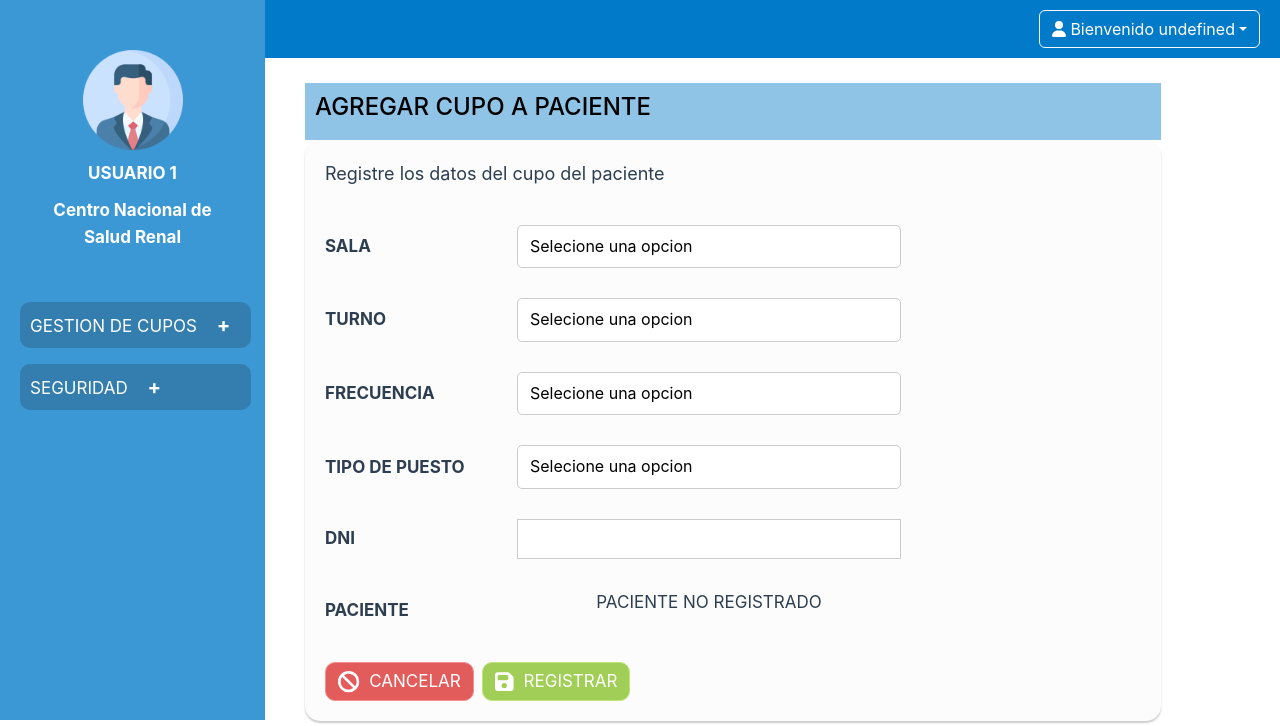
Repository: cynthiacevallos/organizadorhisar
Page: /gestion/cupos/add
An editor plug-in stored every save of this project. The page is shown before and after a run of saves, followed by the edit.
The browser window is 1280 px wide. The pictures show the whole page.
Some web libraries are served in a nearby version. The project was rebuilt for these pictures with package versions that can differ from the ones it lists, and the page was loaded fresh each time. Also part of the build but not shown: vite.config.js, vue.config.js.

Above is the page before, as saved 2023-09-06 09:34:21.

### index.html
<!DOCTYPE html>
<html lang="en">

<head>
  <meta charset="UTF-8">
  <link rel="icon" href="./src/assets/images/cnsr-logo.png">
  <meta name="viewport" content="width=device-width, initial-scale=1.0">
  <link href="https://cdn.jsdelivr.net/npm/bootstrap@5.3.1/dist/css/bootstrap.min.css" rel="stylesheet"
    integrity="sha384-4bw+/aepP/YC94hEpVNVgiZdgIC5+VKNBQNGCHeKRQN+PtmoHDEXuppvnDJzQIu9" crossorigin="anonymous">
  <title>HISAR</title>
</head>

<body>
  <div id="app"></div>
  <script type="module" src="/src/main.js"></script>


  <script src="https://code.jquery.com/jquery-3.2.1.slim.min.js"
    integrity="sha384-KJ3o2DKtIkvYIK3UENzmM7KCkRr/rE9/Qpg6aAZGJwFDMVNA/GpGFF93hXpG5KkN"
    crossorigin="anonymous"></script>
  <script src="https://cdn.jsdelivr.net/npm/popper.js@1.12.9/dist/umd/popper.min.js"
    integrity="sha384-ApNbgh9B+Y1QKtv3Rn7W3mgPxhU9K/ScQsAP7hUibX39j7fakFPskvXusvfa0b4Q"
    crossorigin="anonymous"></script>
  <script src="https://cdn.jsdelivr.net/npm/bootstrap@4.0.0/dist/js/bootstrap.min.js"
    integrity="sha384-JZR6Spejh4U02d8jOt6vLEHfe/JQGiRRSQQxSfFWpi1MquVdAyjUar5+76PVCmYl"
    crossorigin="anonymous"></script>
</body>

</html>

### src/main.js
import './assets/base.css'
import { createApp } from 'vue'
// import { Tooltip, Toast, Popover, Dropdown } from 'bootstrap';
import { createPinia } from 'pinia'
import piniaPluginPersistedstate from 'pinia-plugin-persistedstate'
import { FontAwesomeIcon } from "@fortawesome/vue-fontawesome";
import { library } from "@fortawesome/fontawesome-svg-core";
import { faPhone,faRightFromBracket,faPlus,faCircleCheck,faMagnifyingGlass,faFloppyDisk,faXmark,faBan,faPen, faFileExcel, faCircleXmark, faEye,faEyeSlash, faUser, faLock,faCircleExclamation } from "@fortawesome/free-solid-svg-icons";

import App from './App.vue'
import router from './router'
import 'vuetify/styles';
import { createVuetify } from 'vuetify';
import * as components from 'vuetify/components';
import * as directives from 'vuetify/directives';

const vuetify = createVuetify({
  components,
  directives,
});

createApp(App).use(vuetify).use(createPinia().use(piniaPluginPersistedstate)).use(router).component("font-awesome-icon", FontAwesomeIcon).mount('#app')

//import stores from './stores'
library.add(faPhone,faRightFromBracket,faPlus,faCircleCheck,faMagnifyingGlass,faFloppyDisk,faXmark,faBan,faPen,faFileExcel,faCircleXmark,faEye,faEyeSlash,faUser,faLock,faCircleExclamation);

// const app = createApp(App)

// app.use(createPinia())
// app.use(vuetify)
// app.use(router)
//    .component("font-awesome-icon", FontAwesomeIcon)

// app.mount('#app')

//createApp(App).use(createPinia()).use(stores).mount("#app");

### src/App.vue
<template>
   <!-- <SidenH :lista="arreglo" usuario="USUARIO 1" centro="Centro Nacional de Salud Renal" />-->
   <!-- <Tabla :header="headers" :data="datos"/>-->
    <!--<Input ancho="50vw" />
    <Input ancho="50vw"/>
    <Input ancho="500px" />-->
  <RouterView />

    <!--<Button title="BUSCAR" imagen="search.png" bgColor="#A1CE57" />
    <Button title="AGREGAR PACIENTE" imagen="cheque.png" bgColor="#00A79C"/>
    <Button title="CANCELAR" imagen="cancelar.png" bgColor="#E35C5C"/>
    <Button title="GENERAR EXCEL" imagen="excel.png" bgColor="#008000"/>
    <Button title="CERRAR SESION" imagen="cerrar-sesion.png" bgColor="#E35C5C" />
    <Button title="CUPOS DISPONIBLES" imagen="cheque.png" bgColor="rgba(59,153,213,0.55)"/>
    <Button imagen="lapiz.png" bgColor="rgba(0,122,201,0.44)"/>
    <Button imagen="eliminar.png" bgColor="#E35C5C"/>
    <Button title="SI" imagen="" bgColor="#A1CE57" />-->
</template>

<style scoped>
*{
  font-family: Inter, -apple-system, BlinkMacSystemFont, 'Segoe UI', Roboto, Oxygen, Ubuntu, Cantarell, 'Fira Sans', 'Droid Sans', 'Helvetica Neue', sans-serif;
}

</style>

<script setup>
  //import Input from './components/hisar_comp/InputH.vue'
  //import SidenH from './components/hisar_comp/SidenavH.vue'
  // import Button from './components/hisar_comp/ButtonH.vue'
 /* import Tabla from './components/hisar_comp/TablaH.vue'
  const headers = [
        {nombre:'TURNO'},{nombre:'FRECUENCIA'},{nombre:'FECHA DE INGRESO'},{nombre:'FECHA DE EVALUACION'},{nombre:'PESO'},{nombre:'TALLA'},{nombre:'ACCIONES'}
  ]
  const datos = [
        {turno:2, frecuencia:'L-M-V',fecIngreso:'2023-12-12',fecEval:'2023-12-12',peso:55,talla:1.55},
        {turno:1, frecuencia:'M-J-S',fecIngreso:'2023-12-12',fecEval:'2023-12-12',peso:55,talla:1.55},
        {turno:3, frecuencia:'L-M-V',fecIngreso:'2023-12-12',fecEval:'2023-12-12',peso:55,talla:1.55},
        {turno:3, frecuencia:'L-M-V',fecIngreso:'2023-12-12',fecEval:'2023-12-12',peso:55,talla:1.55},
        {turno:4, frecuencia:'L-M-V',fecIngreso:'2023-12-12',fecEval:'2023-12-12',peso:66,talla:1.66},
  ]*/
  //const arreglo = [
    //  {main: 'Gestion de cupos',sec:[{name:'Asignar Cupo'},{name:'Record Asignaciones'},{name:'Lista de espera'},////{name:'Reporte + Acreditacion'}]},
    //  {main: 'Seguridad'}
  //]
</script>

<!--<script setup>
import { RouterLink, RouterView } from 'vue-router'
import HelloWorld from './components/HelloWorld.vue'
</script>

<template>
  <header>
    <img alt="Vue logo" class="logo" src="@/assets/logo.svg" width="125" height="125" />

    <div class="wrapper">
      <HelloWorld msg="You did it!" />

      <nav>
        <RouterLink to="/">Home</RouterLink>
        <RouterLink to="/about">About</RouterLink>
      </nav>
    </div>
  </header>

  <RouterView />
</template>

<style scoped>
/*header {
  line-height: 1.5;
  max-height: 100vh;
}

.logo {
  display: block;
  margin: 0 auto 2rem;
}

nav {
  width: 100%;
  font-size: 12px;
  text-align: center;
  margin-top: 2rem;
}

nav a.router-link-exact-active {
  color: var(--color-text);
}

nav a.router-link-exact-active:hover {
  background-color: transparent;
}

nav a {
  display: inline-block;
  padding: 0 1rem;
  border-left: 1px solid var(--color-border);
}

nav a:first-of-type {
  border: 0;
}

@media (min-width: 1024px) {
  header {
    display: flex;
    place-items: center;
    padding-right: calc(var(--section-gap) / 2);
  }

  .logo {
    margin: 0 2rem 0 0;
  }

  header .wrapper {
    display: flex;
    place-items: flex-start;
    flex-wrap: wrap;
  }

  nav {
    text-align: left;
    margin-left: -1rem;
    font-size: 1rem;

    padding: 1rem 0;
    margin-top: 1rem;
  }
}
</style>-->

### src/router/index.js
import { createRouter, createWebHistory } from 'vue-router'
//import Test from '../views/TestH.vue'
const router = createRouter({
  history: createWebHistory(import.meta.env.BASE_URL),
  routes: [
    {
      path:'/',
      name:'cupos',
      component:() => import('../views/GestionCupos/CuposH.vue')
    },
    {
      path: '/gestion/cupos/add',
      name:'agregar paciente',
      component: () => import('../views/GestionCupos/FormAddPaciente.vue')
    },
    {
      path:'/gestion/cupos/asignaciones',
      name:'record asignaciones',
      component: () => import('../views/GestionCupos/RecordAsignaciones.vue')
    },
    {
      path:'/gestion/cupos/listaespera',
      name:'lista espera',
      component:() => import('../views/GestionCupos/ListaEsperaH.vue')
    },
    {
      path:'/gestion/cupos/reportes',
      name:'reportes cupos',
      component: () => import('../views/GestionCupos/ReportesCupos.vue')
    },
    {
      path:'/seguridad',
      name:'cambiocontraseña',
      component: () => import('../views/Seguridad/CambioContrasena.vue')
    },
    /*{
      path:'/',
      name:'x',
      component:Test
    },*/
  ]
})

export default router

### src/views/GestionCupos/FormAddPaciente.vue
<template>
    <!--<div class="modales" style="position:fixed;background-color: rgba(255,255,255,0.33);height: 100%;" v-show="show">
        <div style="position:fixed;top:20%;left: 40%;padding: 1%;width:500px;background-color: #FCFCFC;box-shadow: 1px 1px 1px 1px #ccc;border-radius: 10px;">
            <div style="background-color: #F5F5F5;box-shadow: 1px 1px 1px 1px #ccc;">
                <p><strong> TURNO</strong> <span>TURNO 1</span>  </p>
                <p> <strong>FRECUENCIA </strong><span>LUN-MIE-VIE</span>  </p>
                <p> <strong>TIPO DE PUESTO</strong> <span>NORMAL</span>  </p>
                <p><strong> CANTIDAD DE CUPOS</strong> <span>30</span>  </p>
            </div>
            <div style="background-color: #F5F5F5;box-shadow: 1px 1px 1px 1px #ccc;">
                <p><strong> TURNO</strong> <span>TURNO 1</span>  </p>
                <p> <strong>FRECUENCIA </strong><span>LUN-MIE-VIE</span>  </p>
                <p> <strong>TIPO DE PUESTO</strong> <span>NORMAL</span>  </p>
                <p><strong> CANTIDAD DE CUPOS</strong> <span>30</span>  </p>
            </div>
            <div style="width: 50px;margin: 0 auto;">
                <Button @click="cambiar" title="OK" bgColor="#A1CE57" background="#A1CE57" font="#FFF" iconos="circle-check" />
            </div>
        </div>
    </div>-->

    <div class="main">
        <Sidenav :lista="arreglo" :usuario="user" :centro="centro" />
        <div class="content">
            <Header />
            <div class="form">
                <div class="title">
                    <h4>AGREGAR CUPO A PACIENTE</h4>
                </div>
                <div class="form-container">
                    <p>Registre los datos del cupo del paciente</p>
                    <div class="form-input">
                        <label for="sala">SALA</label>
                        <Select ancho="30vw" id="sala" :opciones="salas" />
                    </div>
                    <div class="form-input">
                        <label for="turno">TURNO</label>
                        <Select ancho="30vw" id="turno" :opciones="turnos" />
                    </div>
                    <div class="form-input">
                        <label for="frecuencia">FRECUENCIA</label>
                        <Select ancho="30vw" id="frecuencia" :opciones="frecuencias" />
                    </div>
                    <div class="form-input">
                        <label for="tipoPuesto">TIPO DE PUESTO</label>
                        <Select ancho="30vw" id="tipoPuesto" :opciones="puestos" />
                    </div>
                    <div class="form-input">
                        <label for="dni">DNI</label>
                        <Input ancho="30vw" id="dni"/>
                    </div>
                    <div class="form-input">
                        <label for="paciente">PACIENTE</label>
                        <input id="paciente" type="text" hidden>
                        <p>PACIENTE NO REGISTRADO</p>
                    </div>
                    <div class="form-botones">
                        <Button @click="inicio" title="CANCELAR" bgColor="#F48F8F" background="#E35C5C" font="#FFF" iconos="fa-ban" />
                        <Button @click="add" title="REGISTRAR" background="#A1CE57" bgColor="#BEE67C" iconos="fa-floppy-disk" font="#FFF" />
                    </div>
                </div>
            </div>
        </div>
    </div>
</template>

<style scoped>
*{
    width: 100%;
}
.main{
    display: flex;
    /*width: 100%;*/
}
.content{
    display: flex;
    flex-direction: column;
    gap:20px
}
.form{
    margin-left: 20px;
    padding: 5px 20px;
    width: 70vw;
}
.title{
    background-color: rgba(0,122,201,0.44);
    padding: 10px;
}
.form h4{
    color: #000;
}
.form-container {
    background-color:#fcfcfc;
    padding: 20px;
    border-radius: 15px;
    box-shadow: 0px 2px 2px 0px #ccc;
    display: flex;
    flex-direction: column;
    gap:20px;
}
.form-container p{
    font-size: 18px;
}
.form-input{
    width: 100%;
    padding-bottom: 10px;
    display: flex;
    flex-direction: row;
    flex-wrap: wrap;
    align-items: center;
}
.form-input p {
    font-size: 17px;
    width: 30vw;
    text-align: center;
}
.form-input label{
    font-size: 17px;
    font-weight: bold;
    width: 15vw;
    /*padding-right: 100px;*/
}
.form-botones{
    display: flex;
    gap:1%;
    flex-wrap: wrap;
}
</style>

<script setup>
    //import {ref} from 'vue'
    import {reactive} from 'vue';
    import {useRouter} from 'vue-router'
    import Sidenav from '../../components/hisar_comp/SidenavH.vue'
    import Header from '../../components/hisar_comp/HeaderH.vue'
    import Input from '../../components/hisar_comp/InputH.vue'
    import Button from '../../components/hisar_comp/ButtonH.vue'
    import Select from '../../components/hisar_comp/InputSelect.vue'

    const user= "USUARIO 1"
    const centro="Centro Nacional de Salud Renal"
    const salas = ["SALA 1","SALA 2","SALA 3","SALA 4"]
    const turnos = ["TURNO 1","TURNO 2","TURNO 3","TURNO 4"]
    const frecuencias = ["LUN-MIE-VIE","MAR-JUE-SAB"]
    const puestos = ["NORMAL","ESPECIAL","ESPECIAL C+","NEGATIVO"]

    const router = useRouter()
    //const show = ref(false)

    /*const cambiar = () => {
        show.value = !show.value
    }*/
   // let clinicas = ref([])

    /*const getClinicas = computed(() => {
        return store.getClinicas;
    })*/

    /*const cclinicas = computed(()=>{
        return store.clinicas
    })*/
    const arreglo = reactive([
        {main: 'Gestion de cupos',sec:[{name:'Inicio',link:'/'},{name:'Asignar Cupo',link:'/gestion/cupos/add'},{name:'Record Asignaciones',link:'/gestion/cupos/asignaciones'},{name:'Lista de espera',link:'/gestion/cupos/listaespera'},{name:'Reporte + Acreditacion',link:'/gestion/cupos/reportes'}], done:false},
        {main: 'Seguridad',sec:[{name:'Cambio de contraseña',link:'/seguridad'}],done:false}
    ])

    const inicio = () => {
        router.push("/")
    }
    const add = () => {
        console.log('add')
    }

</script>

### src/components/hisar_comp/SidenavH.vue
<template>
    <div class="siden">
        <div class="usuario-info">
            <img src="../../assets/images/user-icon2.png" alt="" width="100" height="100">
            <span>{{ usuario }}</span>
            <span>{{ centro }}</span>
        </div>

        <div class="items">
            <div  v-for="(i,index) in lista" :key="index">
                <div class="item-siden">
                    <p>{{ i.main.toUpperCase() }}
                        <button class="item-boton" @click="showItems(i)">+</button>
                    </p>
                </div>
                <div class="item-sub-siden" v-for="(j,indice) in i.sec" :key="indice" v-show="i.done">
                    <router-link class="link" :to="{ path:''+`${j.link}`}"  >
                        <div class="item-sub-siden-link"> {{ j.name }} </div>
                    </router-link>
                </div>
            </div>
        </div>
    </div>
</template>

<style scoped>
.link{
    color:#FFF;
    text-decoration: none;
}
.router-link-active .item-sub-siden-link{
    background-color: rgba(25,34,38,0.22);
    border-radius: 10px;
    box-shadow: 1px 1px 1px 1px rgba(25,34,38,0.22);
}
.item-sub-siden-link{
    padding: 8px;
}
.item-sub-siden-link:hover{
    background-color:rgba(25,34,38,0.33);
    border-radius: 10px;
}

body {
    margin: 0px !important;
}
.siden{
    width: 289px;
    height: 100vh;
    padding: 0 20px;
    background-color: rgba(0,122,201,0.77);
}
.usuario-info{
    display: flex;
    flex-direction: column;
    align-items: center;
    justify-content: center;
    gap:10px;
    padding-top: 50px;
}
.usuario-info span{
    color:white;
    font-weight: bold;
    text-align: center;
    padding: 0 10px;
    font-size: 17px;
}
.items{
    width: 225px;
    margin: 50px auto;
}
.item-boton{
    background:transparent;
    border: none;
    color: white;
    height: fit-content;
    padding: 0 10px;
    margin: 7px 5px;
    font-size: 20px;
    font-weight: bold;
    cursor: pointer;
}
.item-boton:hover{
    color: #000;
}

.item-siden{
    /*margin-top:10px;*/
    color:white;
    background-color: rgba(25,34,38,0.22);
    width: 231px;
    padding:0;
    text-indent: 10px;
    border-radius: 10px;
    margin-bottom: 5px;
    font-size: 17px;
    font-weight: bold;
}
/*.item-siden:last-child button{
    display: none;
}*/
.item-sub-siden{
    color:white;
    text-indent: 25px;
    width: 225px;
    border-radius: 10px;
    background-color: rgba(255,255,255,0.15);
    margin-bottom: 10px;
}
.item-sub-siden.active {
    display: block;
}
</style>

<script setup>
    defineProps({
        usuario:{
            type:String,
            require:false
        },
        centro:{
            type:String,
            require:true
        },
        lista:{
            type:Array,
            require:false
        }
    })

    const showItems = (i) =>{
        if(i.done == true){
            i.done = false
        }else if(i.done == false){
            i.done = true
        }
    }
</script>

### src/components/hisar_comp/HeaderH.vue
<template>
    <div class="barra">
        <!-- <h2>HISAR</h2> -->
        <div class="dropdown show">
            <a class="btn btn-outline-light dropdown-toggle" href="#" role="button" id="dropdownMenuLink" data-toggle="dropdown"
                aria-haspopup="true" aria-expanded="true">
                <font-awesome-icon :icon="['fas', 'user']" />
                Bienvenido {{ usuario }}
            </a>
            <div class="dropdown-menu" aria-labelledby="dropdownMenuLink">
                <a class="dropdown-item" @click="miPerfil" >Mi perfil</a>
                <a class="dropdown-item" @click="cerrarSesion" >Cerrar sesion</a>
            </div>
        </div>
        <!-- <ButtonH title="CERRAR SESION" bgColor="#E35C5C" background="#E35C5C" font="#FFF" iconos="right-from-bracket"/> -->
    </div>
</template>

<style scoped>
.barra {
    /* background-color: rgba(26, 34, 38, 0.88); */
    background-color: rgb(0, 122, 201);
    height: fit-content;
    width: 100%;
    padding: 10px 20px;
    display: flex;
    flex-wrap: wrap;
    align-items: center;
    justify-content: flex-end;
}
.barra h2{
    color: white;
    /* font-weight: bold; */
    margin: 0;
    letter-spacing: 5px;
}
.dropdown a{
    color: white;
}
.dropdown:hover a{
    color: #000;
}
</style>

<script setup>
// import
import { useUsuarioStore } from '../../stores/usuario';
import router from '../../router';

const store = useUsuarioStore()
const usuario = store.user.nombres.split(" ")[0]+' '+store.user.nombres.split(" ")[1]

const cerrarSesion = () => {
    sessionStorage.clear()
    router.push("/")
}

const miPerfil = () => {
    router.push("/perfil")
}
</script>

### src/components/hisar_comp/InputSelect.vue
<template>
    <select :name="id" :id="id" class="seleccion" >
        <option class="" value="" selected hidden disabled >Selecione una opcion</option>
        <option  v-for="(i,index) in opciones" :key="index" >{{ i }}</option>
    </select>
    <!--<button class="boton" @click="verOpciones" >
        Seleccione una opcion
    </button>

    <div class="opciones">
        <button class="optciones-item">Centro Nacional de Salud Renal</button>
        <button >CCCC</button>
        <button>DDDD</button>
        <button>KKKK</button>
    </div>-->
</template>

<style scoped>
button{
    background-color:transparent;
    border:none;
    font-size: 14px;
}
.seleccion{
    width: v-bind(ancho);
    background-color:#FFF;
    border:none;
    padding: 8px 12px;
    border-radius: 5px;
    font-size: 16px;
    display: flex;
    gap:10px;
    border: 1px solid #ccc;
    cursor: pointer;
}
.seleccion:focus{
    outline: none;
}
.seleccion option{
    padding-top:100px;
    text-align: left;
}




.opciones{
    background-color: #fff;
    box-shadow: 1px 1px 1px 1px  #ccc;
    width: 50%;
    display: v-bind(display);
    margin: 0;
    padding: 0;
}

.opciones button{
    cursor: pointer;
    width: 100%;
    text-align: left;
    height: fit-content;
}

.opciones button:hover{
    color: white;
    cursor: pointer;
    background-color: #007AC9;
}
option{
    line-height: 200px;
    padding: 200px;
    margin: 500px;
    padding-top: 200px;
}
.select {
    width: v-bind(ancho);
    border: none;
    font-size: 14px;
    background-color: rgba(229,229,229,0.44);
    border:1px solid #ccc;
    padding: 10px;
    text-indent: 15px;
    border-radius: 20px;
    overflow: hidden;
    transition: box-shadow 0.3s ease;
}

.select:focus{
    outline: none;
    border: 2px solid #007AC9;
}

</style>

<script setup>
    import { ref } from 'vue'
    defineProps({
        ancho:{
            type: String,
            require:true,
            default:"500px"
        },
        opciones:{
            type:Array,
            require:true
        },
        id:{
            type:String,
            require:true
        }
    })
    let display = ref('none')
</script>

### src/components/hisar_comp/ButtonH.vue
<template>
    <button class="boton" >
        <font-awesome-icon :icon="['fas', iconos]" size="lg" />
        <span class="title">{{ title }}</span>
    </button>

</template>

<style scoped>
    .boton{
        border: 1px solid v-bind(bgColor);
        background-color: v-bind(background);
        padding: 5px 12px;
        border-radius: 10px;
        color:white;
        font-size: 17px;
        text-align: center;
        justify-content: center;
        align-items: center;
        display: flex;
        gap:10px;
        width: fit-content;
        color: v-bind(font);
    }
    .boton:hover{
        cursor: pointer;
        background-color: v-bind(bgColor);
        border:2px solid v-bind(bgColor);
        color:#FFF;
    }
    .title{
        font-weight: 400;
    }
</style>

<script setup>
    defineProps({
        title: {
            type: String,
            required:false
        },
        bgHover:{
            type:String,
            require:false
        },
        bgColor:{
            type:String,
            required:true,
        },
        background:{
            type:String,
            required:true,
            default:"#FFF"
        },
        iconos:{
            type: String,
            required:true
        },
        font:{
            type:String,
            required:true
        }
    })
</script>

### src/components/hisar_comp/InputH.vue
<template>
    <input class="input"  :id="id" :placeholder="placeholder">
</template>

<style scoped>
    .input{
        /*background-color: rgba(229,229,229,0.44);*/
        background-color: #FFF;
        border:1px solid #ccc;
        padding: 7px;
        /*border-radius: 20px;*/
        transition: box-shadow 0.3s ease;
        width: v-bind(ancho);
    }
    .input::placeholder{
        color: #CCC;
    }
    .input:focus{
        outline: none;
        border: 2px solid #007AC9;
        /*box-shadow: 0 0 0 2px #007AC9;*/
    }
</style>

<script setup>
    defineProps({
        ancho:{
            type:String,
            require:true
        },
        id:{
            type:String,
            require:true
        },
        placeholder:{
            type:String,
            require:true,
        }
    })

</script>

### src/stores/clinicas.js
import { defineStore } from "pinia";

export const useClinicasStore = defineStore("clinicas",{
    state: () => ({
        clinicas: {}
    }),
    getters:{

    },
    actions:{

    }
})

Loaded but not shown: src/assets/base.css (common file); src/stores/usuario.js (58 lines, source omitted)

After the next 2 saves:
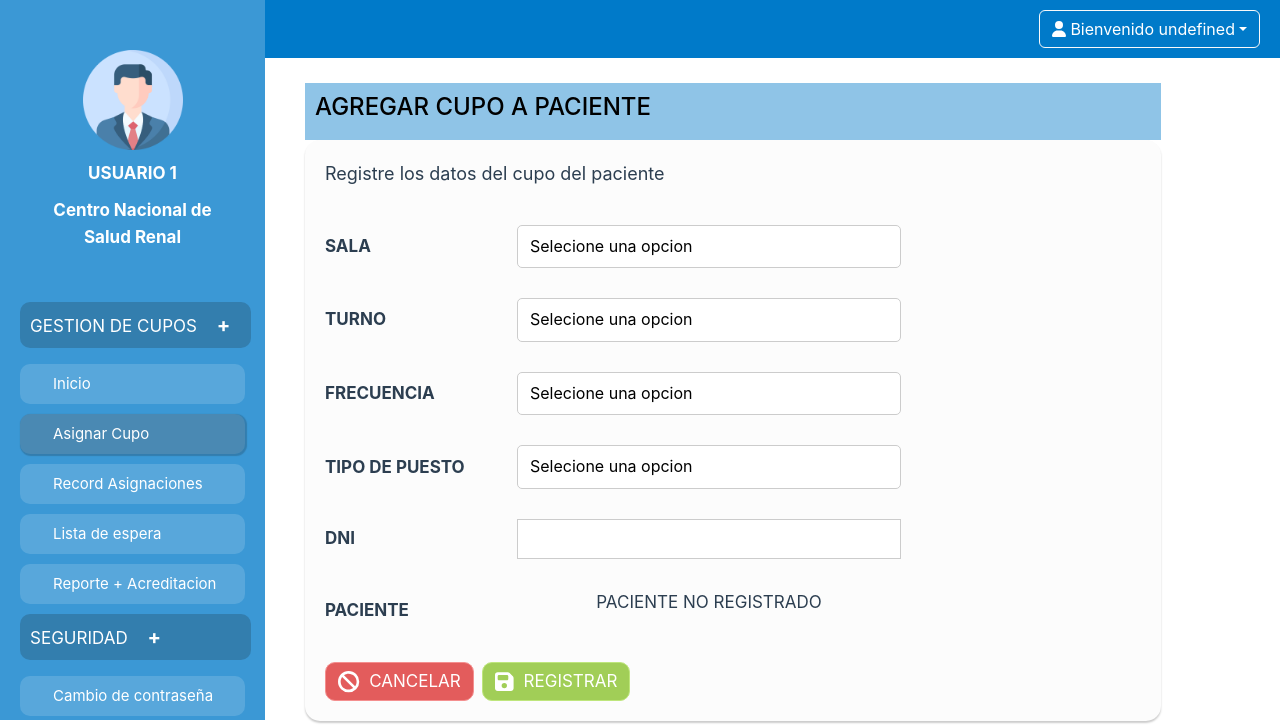
The 2 saves are shown as one change because they came seconds apart.
The last was saved 46 s later.
--- a/src/views/GestionCupos/FormAddPaciente.vue
+++ b/src/views/GestionCupos/FormAddPaciente.vue
@@ -160,8 +160,8 @@
         return store.clinicas
     })*/
     const arreglo = reactive([
-        {main: 'Gestion de cupos',sec:[{name:'Inicio',link:'/'},{name:'Asignar Cupo',link:'/gestion/cupos/add'},{name:'Record Asignaciones',link:'/gestion/cupos/asignaciones'},{name:'Lista de espera',link:'/gestion/cupos/listaespera'},{name:'Reporte + Acreditacion',link:'/gestion/cupos/reportes'}], done:false},
-        {main: 'Seguridad',sec:[{name:'Cambio de contraseña',link:'/seguridad'}],done:false}
+        {main: 'Gestion de cupos',sec:[{name:'Inicio',link:'/'},{name:'Asignar Cupo',link:'/gestion/cupos/add'},{name:'Record Asignaciones',link:'/gestion/cupos/asignaciones'},{name:'Lista de espera',link:'/gestion/cupos/listaespera'},{name:'Reporte + Acreditacion',link:'/gestion/cupos/reportes'}], done:true},
+        {main: 'Seguridad',sec:[{name:'Cambio de contraseña',link:'/seguridad'}],done:true}
     ])
 
     const inicio = () => {
